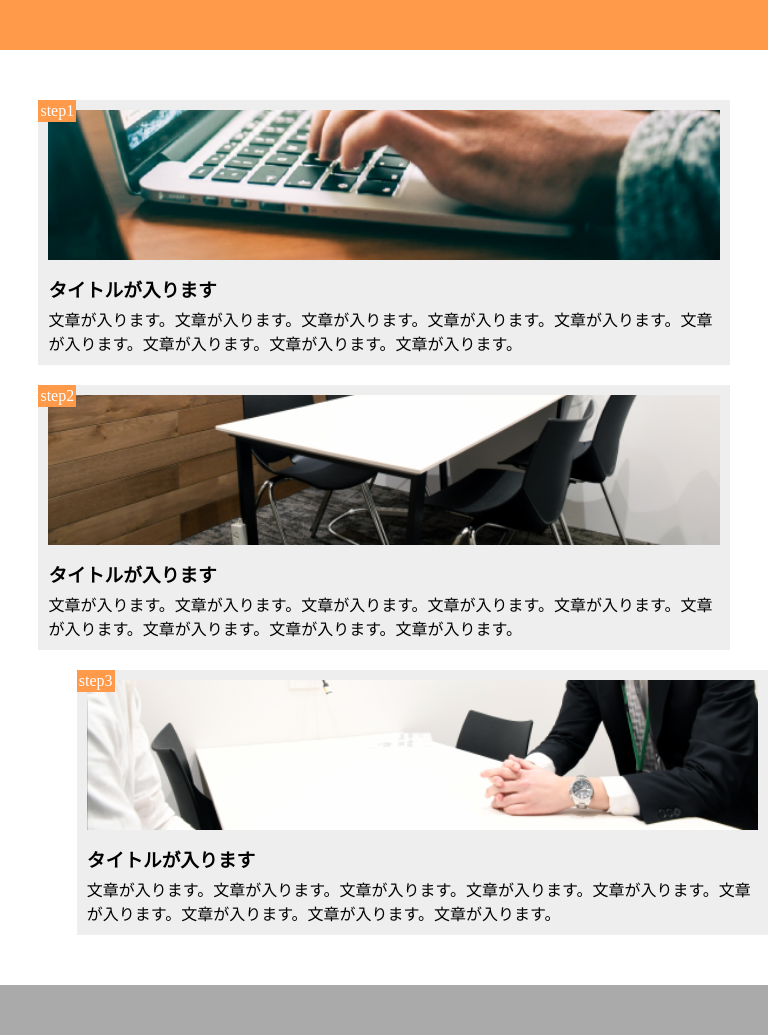
Repository: trmtmy/debug2
Page: chapter9/chapter9.html
The author's editor kept a record of every edit. The page is drawn from the files as they stood at one moment, then again after the next edit.
The browser window is 768 px wide. The pictures show the whole page.
Some web libraries are served in a nearby version.

Above is the page before.

### chapter9/chapter9.html
<!DOCTYPE html>
<html lang="ja">
  <head>
    <meta charset="UTF-8" />
       <meta name="viewport" content="width=device-width,initial-scale=1.0">
    <!-- FontAwesomeの読み込み -->
    <script src="https://kit.fontawesome.com/0393e2e04e.js" crossorigin="anonymous"></script>
    <!-- CSSファイルの読み込み -->
    <link rel="stylesheet" href="chapter9.css" />
    <title>9章</title>
  </head>

  <body>

<header>
  <div class="header"></div>
</header>

<main>
  <div class="box">
    <div class="img1"></div>
    <span class="step">step1</span>
    <h3 class="title">タイトルが入ります</h3>
    <p class="text">文章が入ります。文章が入ります。文章が入ります。文章が入ります。文章が入ります。文章が入ります。文章が入ります。文章が入ります。文章が入ります。</p>
  </div>

  <div class="box">
    <div class="img2"></div>
    <span class="step">step2</span>
    <h3 class="title">タイトルが入ります</h3>
    <p class="text">文章が入ります。文章が入ります。文章が入ります。文章が入ります。文章が入ります。文章が入ります。文章が入ります。文章が入ります。文章が入ります。</p>
  </div>
  </div>

  <div class="box">
    <div class="img3"></div>
    <span class="step">step3</span>
    <h3 class="title">タイトルが入ります</h3>
    <p class="text">文章が入ります。文章が入ります。文章が入ります。文章が入ります。文章が入ります。文章が入ります。文章が入ります。文章が入ります。文章が入ります。</p>
  </div>
  </div>

</main>

<footer>
  <div class="footer">

  </div>
</footer>

  </body>
</html>

<a href="mailto:"></a>

### chapter9/chapter9.css
*{
  margin: 0;
  padding:  0;
  box-sizing: border-box;
}

header {
  background-color: #FF9A4B;
  height: 50px;
}

main {
width: 960px;
margin: 50px auto;
display: flex;
}

.box {
  width: 300px;
  margin-right: 30px;
  padding: 10px;
  position: relative;
  background-color: #EEEEEE;
}

.box:last-child {
  margin-right: 0;
}



.img1 {
  height: 150px;
  background-image: url(flow01.png);
  background-size: cover;
  background-position: bottom;
}


.img2 {
  height: 150px;
  background-image: url(flow02.png);
  background-size: cover;
  background-position: bottom;
}

.img3 {
  height: 150px;
  background-image: url(flow03.png);
  background-size: cover;
  background-position: bottom;
}

.step {
  position: absolute;
  top: 0;
  left: 0;
  background-color: #ff9a4b;
  color: #fff;
}

.title {
  margin: 15px 0 5px;
}

.footer {
  background-color: #AAAAAA;
  height: 50px;
}

@media screen and (max-width: 768px) {

  header {
    width: 100%;
  }

  main {
    width: 100%;
  display: block;
  margintop: 50px;

  }

  .box {
    width: 90%;

    margin: 0 auto;
    margin-bottom: 20px;
  }

  .img1 {
    width:100%;
    height: 150px;


  }
  .img2 {
    width: 100%;
    height:150px;


  }
  .img3 {
    width: 100%;
    height: 150px;

  }

  .step {
 padding: 2px;
}

  .title {
    width: 100%;
  }

  footer {
    width: 100%;
  }
}

After the next edit:
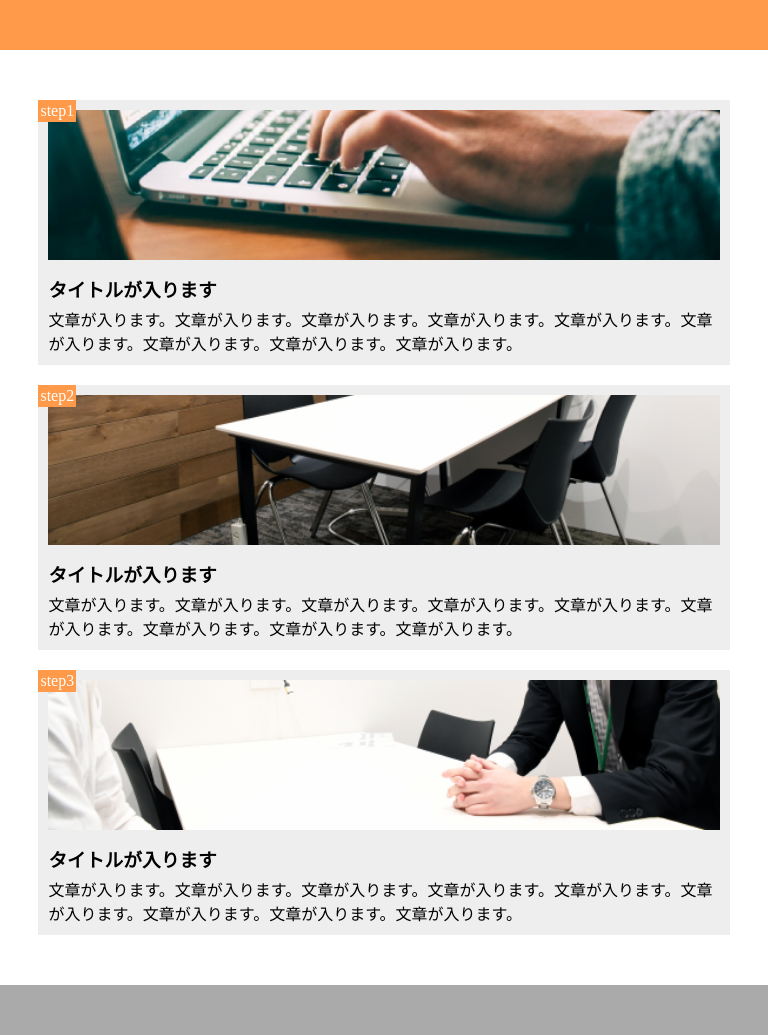
The edit:
--- a/chapter9/chapter9.css
+++ b/chapter9/chapter9.css
@@ -88,6 +88,11 @@
     margin-bottom: 20px;
   }
 
+  .box:last-child {
+    margin: 0 auto;
+
+  }
+
   .img1 {
     width:100%;
     height: 150px;
